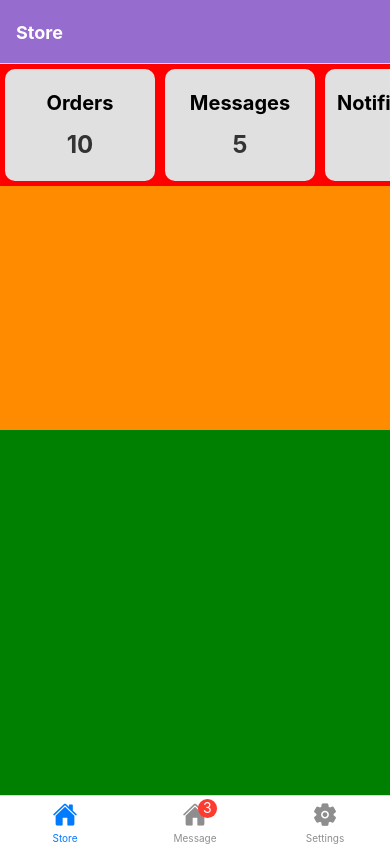
Repository: Waikato153/AwesomeProject
Screen: /
These files come from the project's save history. The screen is drawn as it stood at one moment and after the next save; the edit follows.
The app was drawn by React Native's web renderer in a window 390 px wide. The project was rebuilt for these pictures with package versions that can differ from the ones it lists, and the page was loaded fresh each time.

Above is the screen before, as saved 2024-02-29 12:01:23.

After the next save:
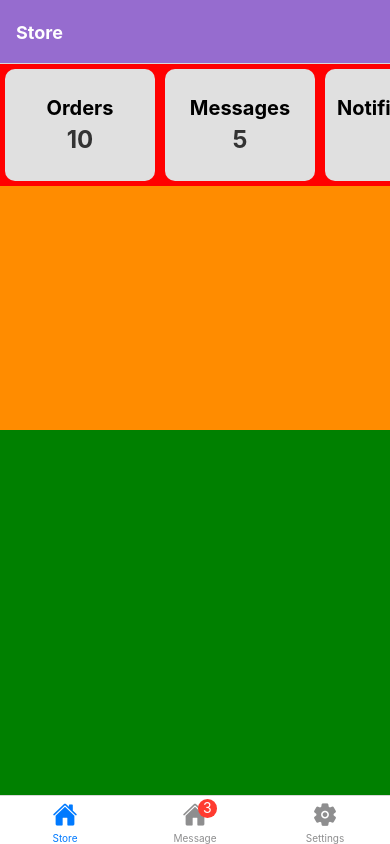
Saved 5 s later.
--- a/screens/HomeScreen.js
+++ b/screens/HomeScreen.js
@@ -54,7 +54,7 @@ const styles = StyleSheet.create({
   title: {
     fontSize: 20,
     fontWeight: 'bold',
-    paddingBottom: 15,
+    paddingBottom: 5,
 
   },
   count: {
